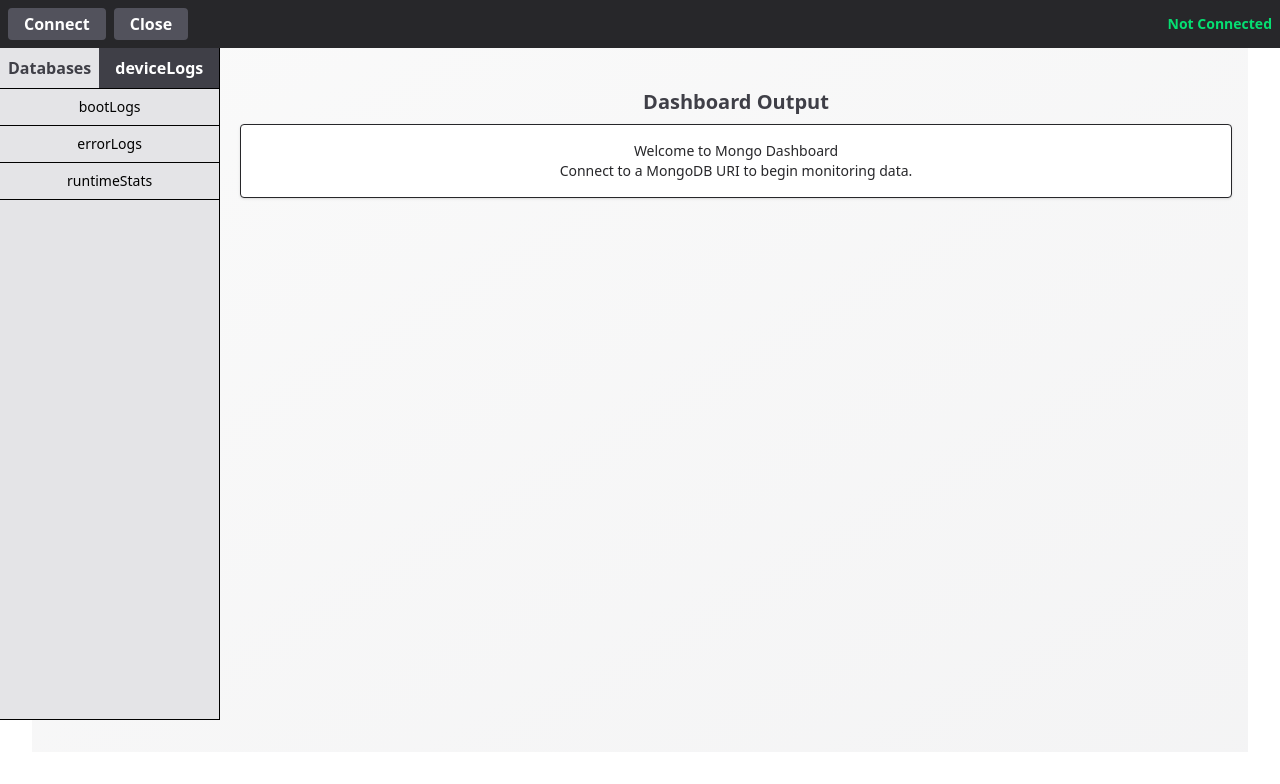
Repository: aryan151pratap/Dashboard
Page: / (app in frontened/), after clicking the first element matching `ul.text-sm > :nth-child(2)`
The author's editor kept a copy of each file at every save. The page is drawn from the files as they stood at one save, then again after the next save.
The browser window is 1280 px wide. The pictures show the whole page.
The project was rebuilt for these pictures with package versions that can differ from the ones it lists, and the page was loaded fresh each time. Also part of the build but not shown: frontened/vite.config.js, frontened/src/component/connect.jsx.

Above is the page before, as saved 2025-06-24 14:30:22.

After the next save:
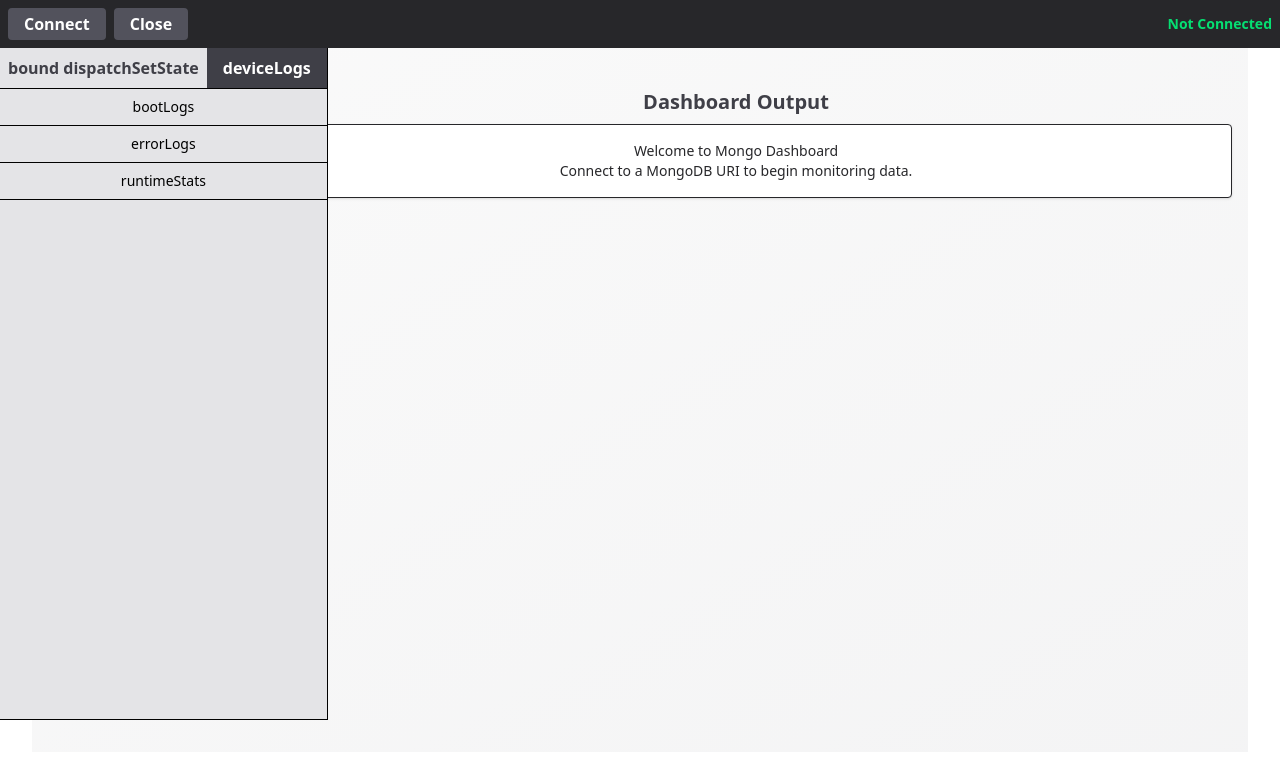
Saved 47 s later.
--- a/frontened/src/component/left_bar.jsx
+++ b/frontened/src/component/left_bar.jsx
@@ -15,7 +15,11 @@ function Left_bar(){
 				<button className={`sm:w-full sm:text-center font-bold px-2 py-2 ${current_database === null ? 'text-white bg-zinc-700' : 'text-zinc-700'}`}
 				onClick={() => setCurrent_database(null)}
 				>
+					{setCurrent_database ?
+					setCurrent_database.name
+					:
 					Databases
+					}
 				</button>
 
 				{current_database &&
